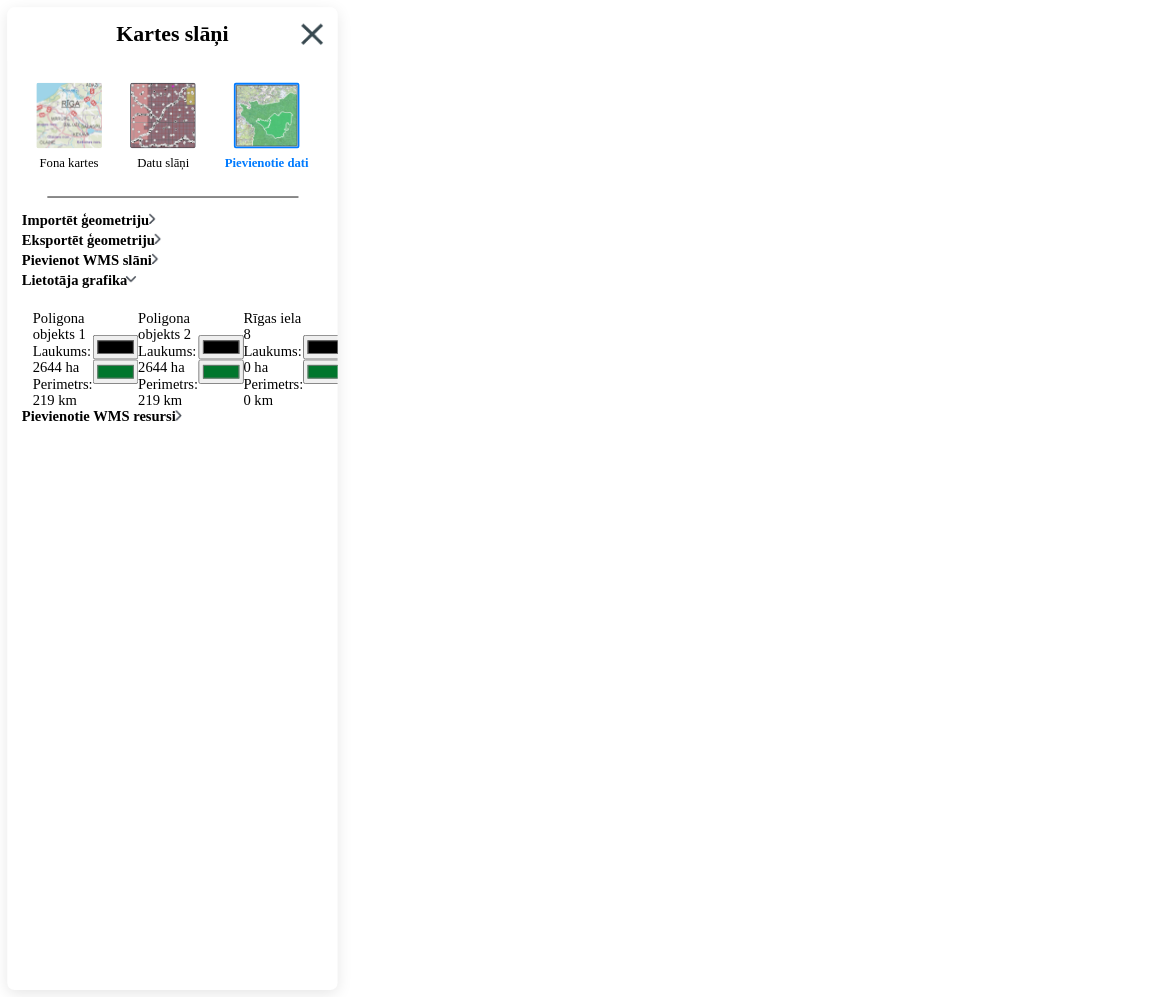
Repository: Kringelis/KP_kar-usl-i
Page: /, after clicking the first element matching `div.sidebar-tabs > :nth-child(3)`
These files come from the project's save history. The page is drawn as it stood at one moment and after the next save; the edit follows.
The browser window is 1280 px wide. The pictures show the whole page, at 91% of full size.
The project was rebuilt for these pictures with package versions that can differ from the ones it lists, and the page was loaded fresh each time. Also part of the build but not shown: src/components/FonaKartes.scss, src/components/DatuSlani.jsx, src/components/PievienotieDati.scss, src/App.scss.

Above is the page before, as saved 2024-06-17 08:49:11.

### public/index.html
<!DOCTYPE html>
<html lang="en">
  <head>
    <link
      rel="stylesheet"
      href="https://fonts.googleapis.com/css2?family=Inter:wght@400;500;700&display=swap"
    />

    <meta charset="UTF-8" />
    <meta name="viewport" content="width=device-width, initial-scale=1.0" />
    <title>React App</title>
  </head>
  <body>
    <noscript>You need to enable JavaScript to run this app.</noscript>
    <div id="root"></div>
  </body>
</html>

### src/App.js
import React from "react";
import Sidebar from "./components/Sidebar";
import "./App.scss";

function App() {
  return (
    <div className="App">
      <header className="App-header">
        <Sidebar />
      </header>
    </div>
  );
}

export default App;

### src/components/Sidebar.jsx
import React, { useState } from "react";
import FonaKartes from "./FonaKartes";
import DatuSlani from "./DatuSlani";
import PievienotieDati from "./PievienotieDati";
import "./Sidebar.scss";

import pirmais from "./pirmais.png";
import otrais from "./otrais.png";
import tresais from "./tresais.png";
import close from "./close.png";

const Sidebar = () => {
  const [activeSection, setActiveSection] = useState("FonaKartes");

  return (
    <div className="sidebar">
      <div className="sidebar-header">
        <div className="sidebar-title">Kartes slāņi</div>
        <img src={close} alt="Close" className="close-icon" />
      </div>
      <div className="sidebar-tabs">
        <div
          className={`tab ${activeSection === "FonaKartes" ? "active" : ""}`}
          onClick={() => setActiveSection("FonaKartes")}
        >
          <img src={pirmais} alt="Fona kartes" className="tab-square" />
          <div className="tab-text">Fona kartes</div>
        </div>
        <div
          className={`tab ${activeSection === "DatuSlani" ? "active" : ""}`}
          onClick={() => setActiveSection("DatuSlani")}
        >
          <img src={otrais} alt="Datu slāņi" className="tab-square" />
          <div className="tab-text">Datu slāņi</div>
        </div>
        <div
          className={`tab ${
            activeSection === "PievienotieDati" ? "active" : ""
          }`}
          onClick={() => setActiveSection("PievienotieDati")}
        >
          <img src={tresais} alt="Pievienotie dati" className="tab-square" />
          <div className="tab-text">Pievienotie dati</div>
        </div>
      </div>
      <div className="dividing-line"></div>{" "}
      {/* Added horizontal dividing line */}
      <div className="sidebar-content">
        {activeSection === "FonaKartes" && <FonaKartes />}
        {activeSection === "DatuSlani" && <DatuSlani />}
        {activeSection === "PievienotieDati" && <PievienotieDati />}
      </div>
    </div>
  );
};

export default Sidebar;

### src/components/FonaKartes.jsx
import React, { useState } from "react";
import "./FonaKartes.scss";
import copy from "./copyright.png";
import one from "./Rectangle 4.png";
import two from "./Rectangle 4(1).png";
import three from "./Rectangle 4(2).png";
import four from "./Rectangle 4(3).png";

import six from "./Rectangle 4(5).png";
import seven from "./Rectangle 4(6).png";
import eight from "./Rectangle 4(7).png";
import nine from "./Rectangle 4(8).png";

const FonaKartes = () => {
  const [activeItem, setActiveItem] = useState(null);
  const [sliderValues, setSliderValues] = useState({});

  const items = [
    {
      id: 1,
      title: "Pārskata (topogrāfiskā) karte",
      subtitle: "Tradicionālā tipogrāfijas versija",
      image: one,
      tooltip: "LĢIA",
    },
    {
      id: 2,
      title: "Topogrāfiskā karte ar reljefu",
      subtitle: "WEB versija kombinācijā ar DTM",
      image: two,
      tooltip: "LĢIA",
    },
    {
      id: 3,
      title: "Kombinētā fona karte",
      subtitle: "Dažādas detalitātes fona karte",
      image: three,
      tooltip: "LĢIA",
    },
    {
      id: 4,
      title: "Melnbaltā fona karte",
      subtitle: "Dažādas detalitātes fona karte",
      image: four,
      tooltip: "LĢIA",
    },
    {
      id: 5,
      title: "Ortofoto karte",
      subtitle: "6., 7. un 8. cikla jaunāko datu pārklājums",
      image: nine,
      tooltip: "LĢIA",
    },
    {
      id: 6,
      title: "Digitālais reljefa modelis",
      subtitle: "LIDAR 2013. - 2021.g. (40 cm)",
      image: six,
      tooltip: "LĢIA",
    },
    {
      id: 7,
      title: "Digitālais reljefa modelis ar horizontālēm",
      subtitle: "LIDAR 2013. - 2021.g. (40 cm)",
      image: seven,
      tooltip: "LĢIA",
    },
    {
      id: 8,
      title: "Digitālais virsmas modelis",
      subtitle: "LIDAR 2013. - 2021.g. (40 cm)",
      image: seven,
      tooltip: "LĢIA",
    },
    {
      id: 9,
      title: "Vēsturiskā topogrāfiskā karte mērogā 1: 75 000",
      subtitle: "No 1921. līdz 1940. gadam",
      image: eight,
      tooltip: "LĢIA",
    },
  ];

  const handleItemClick = (id) => {
    setActiveItem(id);
    if (!sliderValues.hasOwnProperty(id)) {
      setSliderValues((prevValues) => ({
        ...prevValues,
        [id]: 50,
      }));
    }
  };

  const handleSliderChange = (id, value) => {
    setSliderValues((prevValues) => ({
      ...prevValues,
      [id]: value,
    }));
  };

  return (
    <div className="fona-kartes">
      {items.map((item) => (
        <div
          key={item.id}
          className={`fona-kartes-item ${
            activeItem === item.id ? "active" : ""
          }`}
          onClick={() => handleItemClick(item.id)}
        >
          <div className="icon-container">
            <img
              src={copy}
              alt="info"
              className="info-icon"
              onClick={(e) => e.stopPropagation()}
            />
            <div className="tooltip">{item.tooltip}</div>
          </div>
          <div className="item-square">
            <img src={item.image} alt={`Kartes ikona`} />
          </div>
          <div className="item-text">
            <div className="item-title">{item.title}</div>
            <div className="item-subtitle">{item.subtitle}</div>
            {activeItem === item.id && (
              <div className="slider-container">
                <div
                  className="hollow-square"
                  onClick={(e) => {
                    e.stopPropagation();
                    handleSliderChange(item.id, 0);
                  }}
                ></div>
                <input
                  type="range"
                  className="item-slider"
                  value={sliderValues[item.id] || 0}
                  onChange={(e) =>
                    handleSliderChange(item.id, parseInt(e.target.value))
                  }
                />
                <div
                  className="black-square"
                  onClick={(e) => {
                    e.stopPropagation();
                    handleSliderChange(item.id, 100);
                  }}
                ></div>
              </div>
            )}
          </div>
        </div>
      ))}
    </div>
  );
};

export default FonaKartes;

### src/components/PievienotieDati.jsx
import React, { useState } from "react";
import "./PievienotieDati.scss";
import Arrow from "./Vector.png";

const PievienotieDati = () => {
  const [isImportGeometryOpen, setImportGeometryOpen] = useState(false);
  const [isExportGeometryOpen, setExportGeometryOpen] = useState(false);
  const [isAddWMSLayerOpen, setAddWMSLayerOpen] = useState(false);
  const [isUserGraphicsOpen, setUserGraphicsOpen] = useState(true);
  const [isWMSResourcesOpen, setWMSResourcesOpen] = useState(false);
  const [isLVMGeoWMSOpen, setLVMGeoWMSOpen] = useState(false);

  const [userGraphics, setUserGraphics] = useState([
    {
      id: 1,
      name: "Poligona objekts 1",
      area: 2644,
      perimeter: 219,
      outlineColor: "#000000",
      fillColor: "#00762C",
    },
    {
      id: 2,
      name: "Poligona objekts 2",
      area: 2644,
      perimeter: 219,
      outlineColor: "#000000",
      fillColor: "#00762C",
    },
    {
      id: 3,
      name: "Rīgas iela 8",
      area: 0,
      perimeter: 0,
      outlineColor: "#000000",
      fillColor: "#00762C",
    },
  ]);

  const toggleSection = (setFunction) => {
    setFunction((prevState) => !prevState);
  };

  const handleColorChange = (id, type, color) => {
    const newUserGraphics = userGraphics.map((item) => {
      if (item.id === id) {
        return { ...item, [type]: color };
      }
      return item;
    });
    setUserGraphics(newUserGraphics);
  };

  return (
    <div className="datu-slani">
      <div
        className="section-title"
        onClick={() => toggleSection(setImportGeometryOpen)}
      >
        Importēt ģeometriju
        <span className="accordion-icon">
          <img
            className={`accordion-icon ${isImportGeometryOpen ? "open" : ""}`}
            src={Arrow}
            alt="V"
          />
        </span>
      </div>
      {isImportGeometryOpen && (
        <div className="sub-section">Import Geometry Section</div>
      )}

      <div
        className="section-title"
        onClick={() => toggleSection(setExportGeometryOpen)}
      >
        Eksportēt ģeometriju
        <span className="accordion-icon">
          <img
            className={`accordion-icon ${isExportGeometryOpen ? "open" : ""}`}
            src={Arrow}
            alt="V"
          />
        </span>
      </div>
      {isExportGeometryOpen && (
        <div className="sub-section">Export Geometry Section</div>
      )}

      <div
        className="section-title"
        onClick={() => toggleSection(setAddWMSLayerOpen)}
      >
        Pievienot WMS slāni
        <span className="accordion-icon">
          <img
            className={`accordion-icon ${isAddWMSLayerOpen ? "open" : ""}`}
            src={Arrow}
            alt="V"
          />
        </span>
      </div>
      {isAddWMSLayerOpen && (
        <div className="sub-section">Add WMS Layer Section</div>
      )}

      <div
        className="section-title"
        onClick={() => toggleSection(setUserGraphicsOpen)}
      >
        Lietotāja grafika
        <span className="accordion-icon">
          <img
            className={`accordion-icon ${isUserGraphicsOpen ? "open" : ""}`}
            src={Arrow}
            alt="V"
          />
        </span>
      </div>
      {isUserGraphicsOpen && (
        <div className="sub-section">
          {userGraphics.map((item) => (
            <div className="toggle-item" key={item.id}>
              <div className="item-info">
                <span>{item.name}</span>
                <div className="info">
                  <div>Laukums: {item.area} ha</div>
                  <div>Perimetrs: {item.perimeter} km</div>
                </div>
              </div>
              <div className="icons">
                <label>
                  <input
                    type="color"
                    value={item.outlineColor}
                    onChange={(e) =>
                      handleColorChange(item.id, "outlineColor", e.target.value)
                    }
                  />
                  <span
                    className="color-block"
                    style={{ backgroundColor: item.outlineColor }}
                  ></span>
                </label>
                <label>
                  <input
                    type="color"
                    value={item.fillColor}
                    onChange={(e) =>
                      handleColorChange(item.id, "fillColor", e.target.value)
                    }
                  />
                  <span
                    className="color-block"
                    style={{ backgroundColor: item.fillColor }}
                  ></span>
                </label>
              </div>
            </div>
          ))}
        </div>
      )}

      <div
        className="section-title"
        onClick={() => toggleSection(setWMSResourcesOpen)}
      >
        Pievienotie WMS resursi
        <span className="accordion-icon">
          <img
            className={`accordion-icon ${isWMSResourcesOpen ? "open" : ""}`}
            src={Arrow}
            alt="V"
          />
        </span>
      </div>
      {isWMSResourcesOpen && (
        <div className="sub-section">
          <div
            className="sub-title"
            onClick={() => toggleSection(setLVMGeoWMSOpen)}
          >
            LVM GEO WMS
            <span className="accordion-icon">
              <img
                className={`accordion-icon ${isLVMGeoWMSOpen ? "open" : ""}`}
                src={Arrow}
                alt="V"
              />
            </span>
          </div>
          {isLVMGeoWMSOpen && (
            <div className="sub-sub-section">
              {[
                "Mežaudzu plāns",
                "Augsnes laukumi",
                "Rekreācijas zonas",
                "Kvartāra nogulumu karte",
                "Digitālā reljefa modelis",
                "Vēja ātrums",
              ].map((layer, index) => (
                <div className="toggle-item" key={index}>
                  <span>{layer}</span>
                  <label className="toggle-switch">
                    <input type="checkbox" />
                    <span className="slider"></span>
                  </label>
                </div>
              ))}
            </div>
          )}
        </div>
      )}
    </div>
  );
};

export default PievienotieDati;

### src/components/Sidebar.scss
.sidebar {
  width: 363px;
  height: 1080px;
  background-color: #ffffff;
  box-shadow: 0px 4px 16px rgba(0, 0, 0, 0.1);
  border-radius: 8px;
  overflow: hidden;
  position: relative;

  .sidebar-header {
    display: flex;
    justify-content: center;
    align-items: center;
    padding: 16px;
    background-color: #ffffff;
    position: relative;

    .sidebar-title {
      font-size: 24px;
      font-weight: bold;
      color: #000000;
    }
    &.active {
      color: #007bff;
    }

    .close-icon {
      width: 24px;
      height: 24px;
      cursor: pointer;
      position: absolute;
      right: 16px;
    }
  }

  .sidebar-tabs {
    display: flex;
    justify-content: space-around;
    padding: 16px;

    .tab {
      display: flex;
      flex-direction: column;
      align-items: center;
      font-size: 14px;
      color: #000000;
      cursor: pointer;
      padding: 8px 0;

      border-radius: 10%;
      transition: background-color 0.3s ease, color 0.3s ease;

      &.active {
        .tab-square {
          border: 2px solid #007bff;
          box-sizing: border-box;
          border-radius: 3%;
        }
        .tab-text {
          color: #007bff;
          font-weight: bold;
        }
      }

      &:hover {
        background-color: #f8f9fa;
      }

      .tab-square {
        width: 72px;
        height: 72px;
        margin-bottom: 8px;
        display: flex;
        border-radius: 3%;
        justify-content: center;
        align-items: center;
        box-sizing: border-box;
      }

      .tab-image {
        width: 100%;
        height: 100%;
        object-fit: cover;
      }

      .tab-text {
        text-align: center;
      }
    }
  }

  .sidebar-content {
    padding: 16px;
  }

  .dividing-line {
    width: 276px;
    height: 1px;
    background-color: #000;
    margin: 0 auto;
    margin-top: 5px;
  }
}

### src/components/DatuSlani.scss
.datu-slani {
  .section-title {
    font-size: 16px;
    font-weight: bold;
    margin-bottom: 4px;
  }

  .section-subtitle {
    font-size: 12px;
    color: gray;
  }

  .sub-section {
    margin-top: 16px;
    display: flex;
    align-items: center;
    justify-content: space-between;
    margin-left: 12px;
  }

  .sub-title {
    font-size: 14px;
    font-weight: bold;
    margin-bottom: 8px;
  }

  .toggle-switch {
    position: relative;
    display: inline-block;
    width: 20px;
    height: 10px;
    margin-left: 8px;
    vertical-align: middle;

    input {
      opacity: 0;
      width: 0;
      height: 0;
    }

    .slider {
      position: absolute;
      cursor: pointer;
      top: 0;
      left: 0;
      right: 0;
      bottom: 0;
      background-color: white;
      transition: 0.4s;
      border-radius: 34px;
      border: 1px solid black;

      &:before {
        content: "";
        position: absolute;
        height: 6px;
        width: 6px;
        background-color: black;
        transition: 0.4s;
        border-radius: 50%;
        left: 1px;
        bottom: 1px;
        right: 100%;
        margin: auto;
      }
    }

    input:checked + .slider {
      background-color: #007bff;
      border-color: transparent;
    }

    input:checked + .slider:before {
      transform: translateX(10px);
      background-color: white;
    }
  }

  .toggle-item {
    display: flex;
    align-items: center;
    justify-content: space-between;
    margin-top: 8px;
  }

  .accordion-title {
    display: flex;
    align-items: center;
    justify-content: space-between;
    cursor: pointer;
    padding: 10px 0;

    .accordion-left {
      display: flex;
      align-items: center;
    }

    .accordion-text {
      margin-right: auto;
    }
  }

  .accordion-icon {
    transition: transform 0.3s ease;
    margin-right: 5px;
  }

  .accordion-icon.open {
    transform: rotate(90deg);
  }

  .accordion-content {
    padding-left: 20px;
  }

  .section-toggle {
    display: flex;
    align-items: center;
    justify-content: space-between;
    margin-left: 12px;
  }

  .select-all {
    margin-bottom: 8px;
  }

  .select-all-text {
    margin-left: 4px;
  }
}

Loaded but not shown: src/index.js (common file); src/reportWebVitals.js (common file); src/index.css (no stored copy; drawn as an empty file)

After the next save:
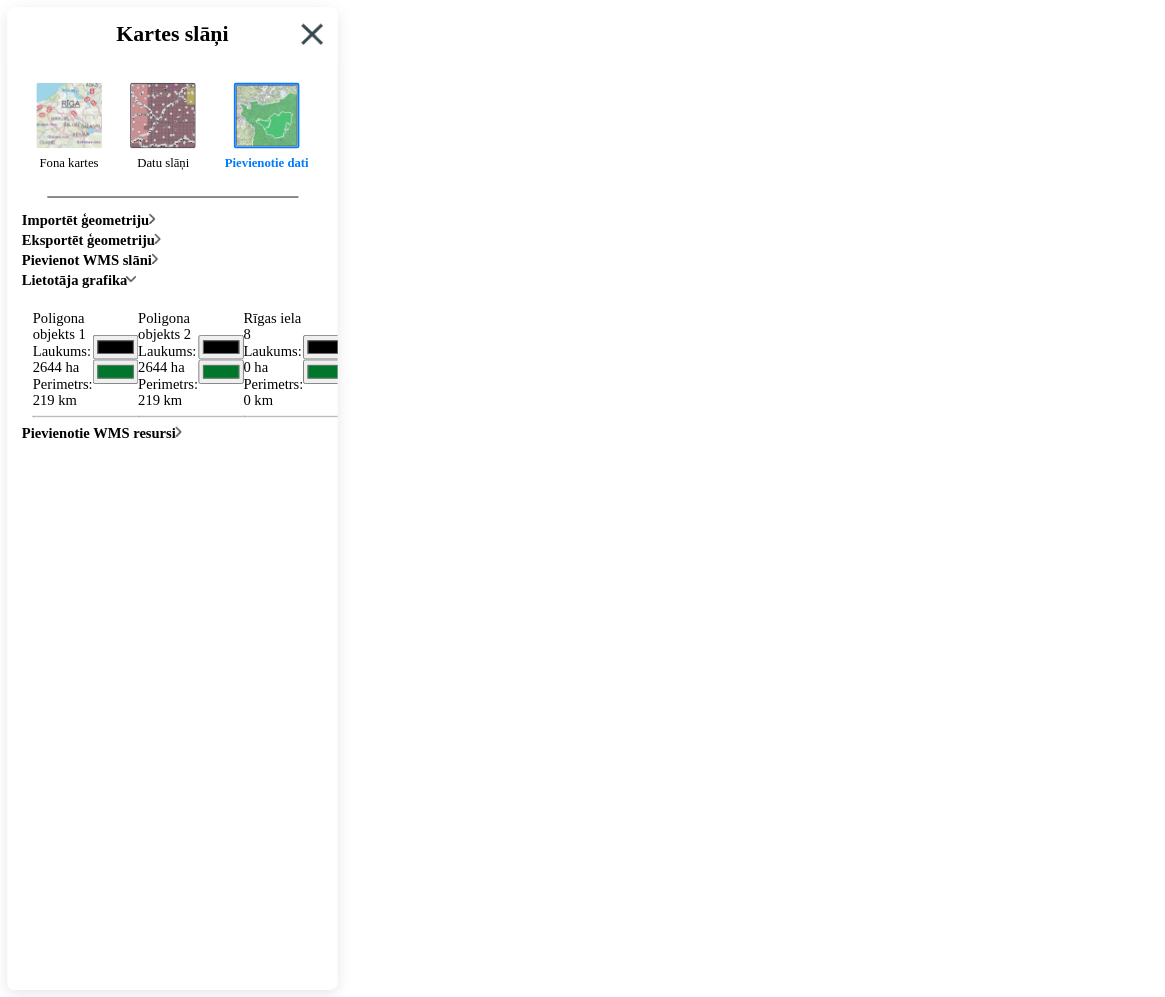
Saved 14 min 0 s later.
--- a/src/components/PievienotieDati.jsx
+++ b/src/components/PievienotieDati.jsx
@@ -120,42 +120,49 @@ const PievienotieDati = () => {
       {isUserGraphicsOpen && (
         <div className="sub-section">
           {userGraphics.map((item) => (
-            <div className="toggle-item" key={item.id}>
-              <div className="item-info">
-                <span>{item.name}</span>
-                <div className="info">
-                  <div>Laukums: {item.area} ha</div>
-                  <div>Perimetrs: {item.perimeter} km</div>
+            <div key={item.id}>
+              <div className="toggle-item">
+                <div className="item-info">
+                  <span>{item.name}</span>
+                  <div className="info">
+                    <div>Laukums: {item.area} ha</div>
+                    <div>Perimetrs: {item.perimeter} km</div>
+                  </div>
+                </div>
+                <div className="icons">
+                  <label>
+                    <input
+                      type="color"
+                      value={item.outlineColor}
+                      onChange={(e) =>
+                        handleColorChange(
+                          item.id,
+                          "outlineColor",
+                          e.target.value
+                        )
+                      }
+                    />
+                    <span
+                      className="color-block"
+                      style={{ backgroundColor: item.outlineColor }}
+                    ></span>
+                  </label>
+                  <label>
+                    <input
+                      type="color"
+                      value={item.fillColor}
+                      onChange={(e) =>
+                        handleColorChange(item.id, "fillColor", e.target.value)
+                      }
+                    />
+                    <span
+                      className="color-block"
+                      style={{ backgroundColor: item.fillColor }}
+                    ></span>
+                  </label>
                 </div>
               </div>
-              <div className="icons">
-                <label>
-                  <input
-                    type="color"
-                    value={item.outlineColor}
-                    onChange={(e) =>
-                      handleColorChange(item.id, "outlineColor", e.target.value)
-                    }
-                  />
-                  <span
-                    className="color-block"
-                    style={{ backgroundColor: item.outlineColor }}
-                  ></span>
-                </label>
-                <label>
-                  <input
-                    type="color"
-                    value={item.fillColor}
-                    onChange={(e) =>
-                      handleColorChange(item.id, "fillColor", e.target.value)
-                    }
-                  />
-                  <span
-                    className="color-block"
-                    style={{ backgroundColor: item.fillColor }}
-                  ></span>
-                </label>
-              </div>
+              <hr /> {/* Optional divider between items */}
             </div>
           ))}
         </div>
